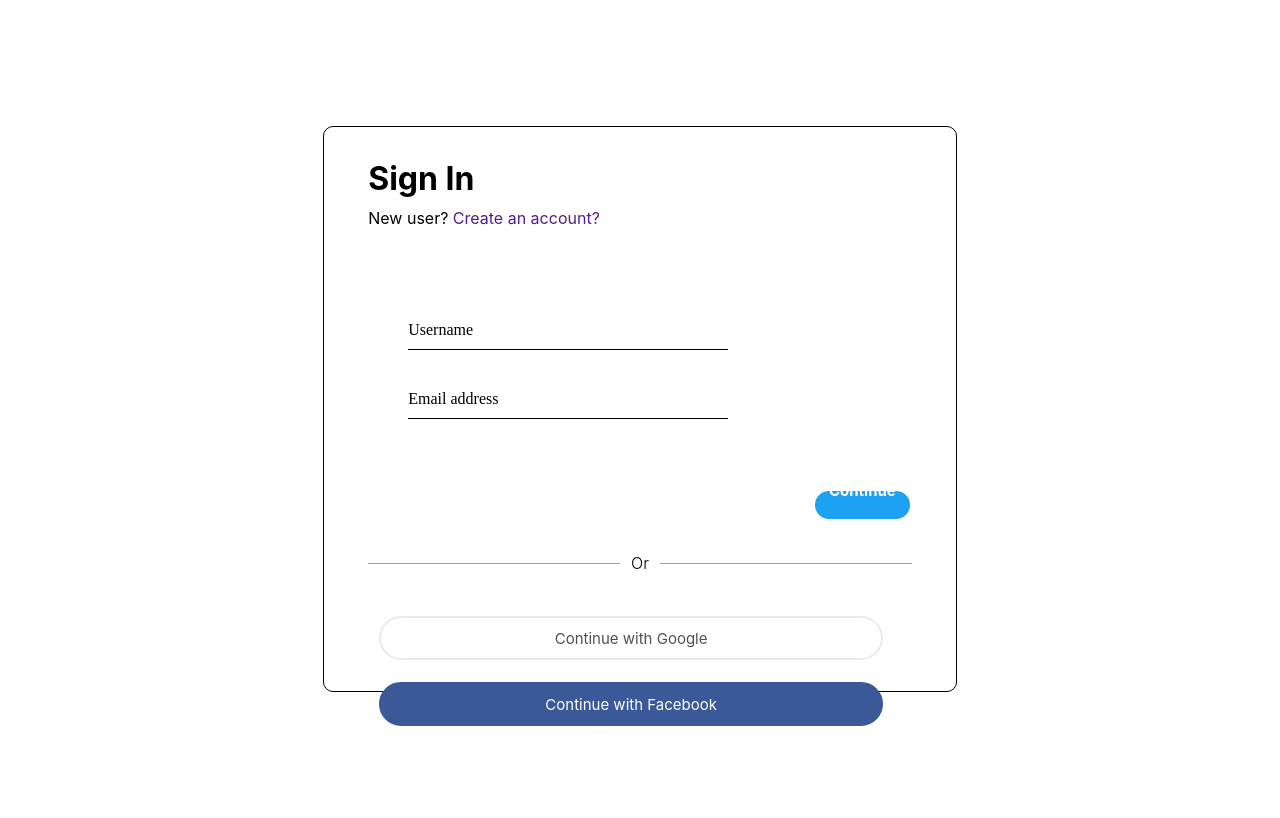
Repository: thangluu93/WereWolf
Page: Template/signIn.html
The author's editor kept a copy of each file at every save. The page is drawn from the files as they stood at one save, then again after the next save.
The browser window is 1280 px wide. The pictures show the whole page.

Above is the page before, as saved 2020-01-13 15:56:18.

After the next save:
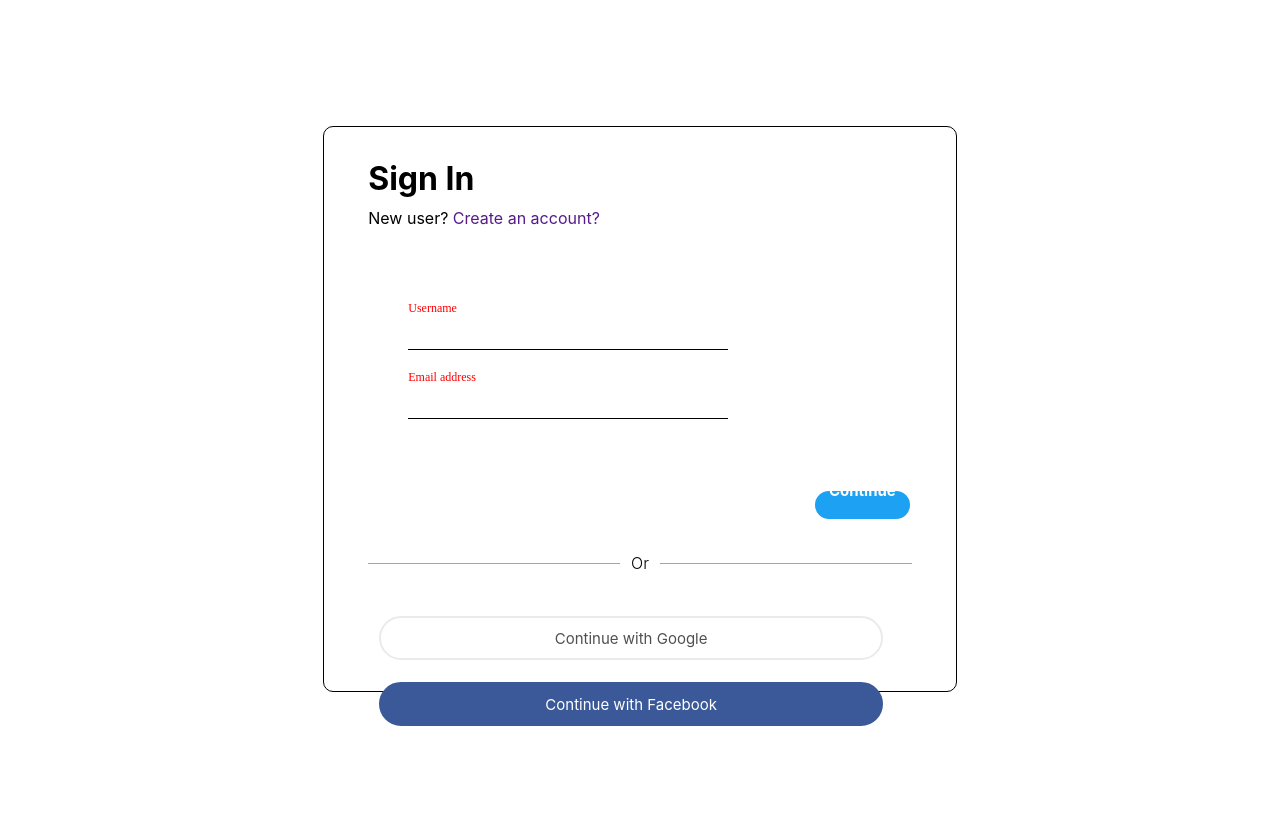
Saved 2 min 53 s later.
--- a/Template/signIn.html
+++ b/Template/signIn.html
@@ -17,12 +17,14 @@
                     <div class="fieldLayout">
                         <div class="box" >
                             <div class="inputBox" >
+
+                                <input type="email" class="field">
                                 <label>Username</label>
-                                <input type="email" class="field">
                             </div>
                             <div class="inputBox" >
+
+                                <input type="email" class="field">
                                 <label> Email address </label>
-                                <input type="email" class="field">
                             </div>
                         </div>
                         <div class="emailContinue">
--- a/Stylesheet/signInStyle.css
+++ b/Stylesheet/signInStyle.css
@@ -225,7 +225,7 @@ a{
     font-size: 16px;
     color: black;
     pointer-events: none;
-    transition: .5s;
+    transition: 1s;
 }
 
 .box .inputBox input:focus ~ label,
